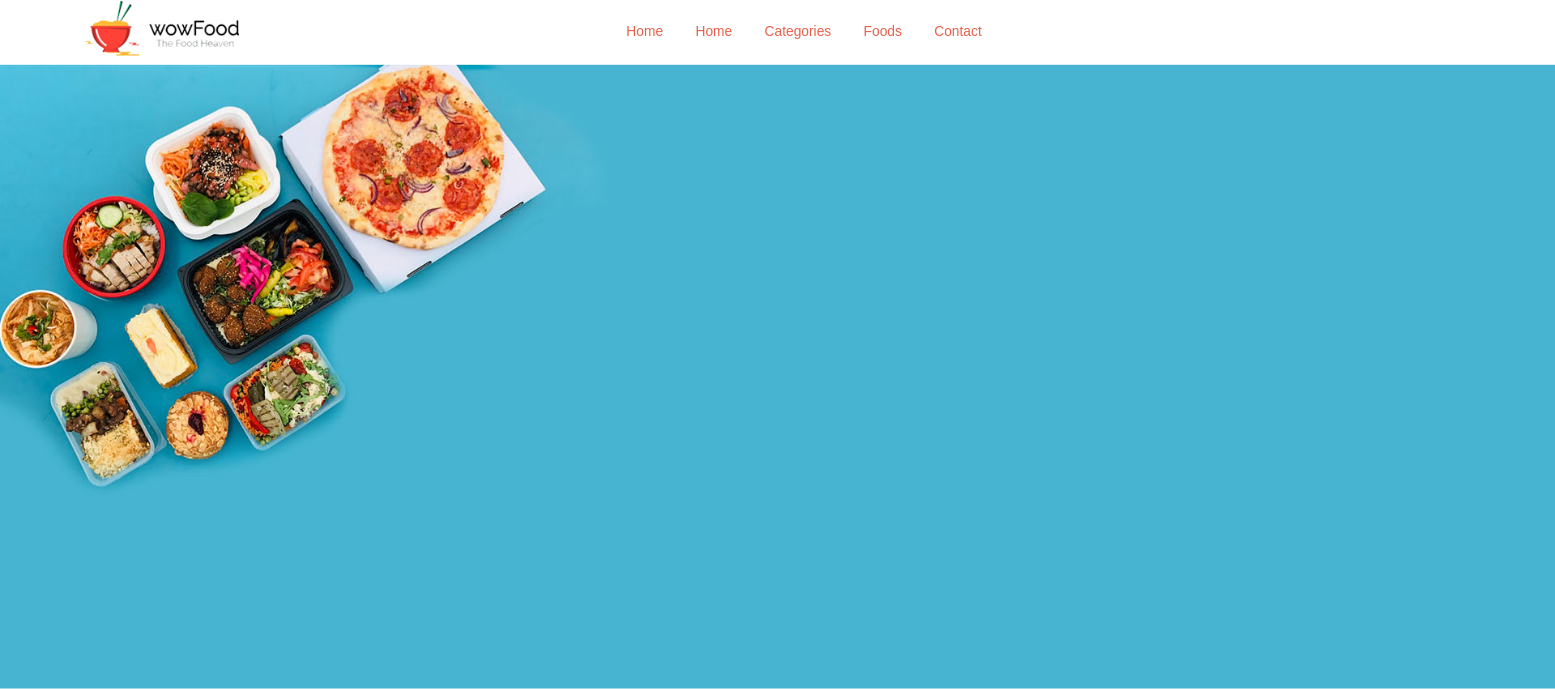
Repository: ruaruababa/WowFood
Page: order.html
The author's editor kept a copy of each file at every save. The page is drawn from the files as they stood at one save, then again after a run of saves.
The browser window is 1280 px wide. The page is 1920 px wide, so the pictures cover 1920 px, including what lies to the right of the window. The pictures show the whole page, at 81% of full size.

Above is the page before, as saved 2021-09-19 21:49:33.

### order.html
<!DOCTYPE html>
<html lang="en">

<head>
    <meta charset="UTF-8">
    <meta http-equiv="X-UA-Compatible" content="IE=edge">
    <meta name="viewport" content="width=device-width, initial-scale=1.0">
    <title>Order Food</title>
    <link rel="stylesheet" href="./style.css">
    <link rel="stylesheet" href="./reset.css">
</head>

<body>
    <nav>
        <input type="checkbox" id="check" />
        <label for="check" class="checkbtn">
            <i class="fas fa-bars"></i>
        </label>
        <label class="logo">
            <img src="./img/logo.png" alt="" class="img-logo" />
        </label>
        <ul class="navbar">
            <li><a class="active" href="#">Home</a></li>
            <li><a href="#">Home</a></li>
            <li><a href="#">Categories</a></li>
            <li><a href="#">Foods</a></li>
            <li><a href="#">Contact</a></li>
        </ul>
    </nav>
    <section id=section-order>
        <img src="./img/bg.jpg" alt="" class="bgr" style="position: absolute;">
        <div class="container-order">
            <form action="">
                <h3 class="title-order">Fill this form to confirm your order</h3>
                <label for="" class="seclect">Seclect Food</label>
                <div class="container-seclect-food">
                    <div class="img-food">
                        <img src="./img/menu-momo.jpg" alt="" class="bgr-item" />
                    </div>
                    <div class="content-food">
                        <h6 class="title-item">Food title</h6>
                        <span class="price-item">$2.5</span>
                        <label for="" class="quantity">Quantity</label>
                        <input type="number" min="1" max="100">
                    </div>
                </div>
                <div class="container-delivery-title">
                    <lable class="full-name">Full name</lable>
                    <input type="text" placeholder="E.g Nguyen Ngoc Giang">
                    <lable class="phone-number">Phone Number</lable>
                    <input type="text" placeholder="E.g Nguyen Ngoc Giang">
                    <lable class="email">Email</lable>
                    <input type="text" placeholder="E.g Nguyen Ngoc Giang">
                    <lable class="Address">Address</lable>
                    <textarea name="address" id="" cols="30" rows="10"></textarea>


                </div>
            </form>
        </div>
    </section>
</body>

</html>

### style.css

li {
  text-decoration: none;
}

a {
  text-decoration: none;
}

nav {
  height: 80px;
  width: 100%;
}

label.logo {
  padding: 0 100px;
}

nav ul {
  float: right;
  margin-right: 50px;
}

nav ul li {
  display: inline-block;
  line-height: 80px;
  margin: 0 5px;
  font-family: "Poppins", sans-serif;
}

nav ul li a {
  color: #e7614a;
  font-size: 17px;
  padding: 7px 13px;
  border-radius: 3px;
}

.checkbtn {
  font-size: 30px;
  color: white;
  float: right;
  line-height: 80px;
  margin-right: 40px;
  cursor: pointer;
  display: none;
}

#check {
  display: none;
}

ul:hover li {
  filter: blur(3px);
  opacity: 0.5;
  transform: scale(0.98);
  box-shadow: none;
}

ul:hover li:hover {
  transform: scale(1.1);
  filter: blur(0px);
  opacity: 1;
  box-shadow: 0 8px 20px 0px rgba(0, 0, 0, 0.125);
}

.container-section-search {
  position: relative;
  text-align: center;
  margin-top: 15px;
}

.background-search {
  height: 250px;
}

.background-search img {
  height: inherit;
  width: 100%;
  object-fit: cover;
}

.form {
  width: 100%;
  position: absolute;
  top: 50%;
  left: 50%;
  transform: translate(-50%, -50%);
  height: 22px;
}

.input-search {
  width: 35%;
  height: inherit;
}

.btn-search {
  background-color: rgba(250, 59, 59, 0.849);
  border: none;
  border-radius: 5px;
  font-size: 14px;
  color: white;
  cursor: pointer;
  padding: 3px;
}

#section-collection {
  position: relative;
}

.container-section-collection {
  height: max-content;
}

.explore-food {
  padding-top: 70px;
  text-align: center;
  font-size: 24px;
  font-family: "Poppins", sans-serif;
}

.collection-food {
  width: 100%;
}

.list-food {
  margin-top: 50px;
  display: flex;
  justify-content: center;
  column-gap: 50px;
}

.list-food li {
  width: 330px;
  height: 400px;
  transition: 0.2s all;
}

.list-food li:hover {
  transform: scale(0.95);
}

.list-food li img {
  width: 100%;
  height: 100%;
  object-fit: cover;
  border-radius: 10px;
}

.list-food li span {
  font-family: "Poppins", sans-serif;
  display: block;
  font-size: 20px;
  text-align: center;
  color: #ffffff;
  margin-top: -50px;
}

article {
  background-color: #ececec;
}

.title-food-menu {
  padding-top: 70px;
  font-size: 24px;
  text-align: center;
  font-family: "Poppins", sans-serif;
}

.container-menu {
  padding-top: 50px;
  display: grid;
  grid-gap: 20px;
  grid-template-columns: repeat(auto-fit, minmax(550px, 1fr));
  grid-auto-rows: 180px;
  justify-items: center;
  font-family: "Poppins", sans-serif;
}

.container-item:nth-child(odd) {
  justify-self: end;
}

.container-item:nth-child(even) {
  justify-self: start;
}

.container-item {
  background-color: #ffffff;
  display: flex;
  align-items: center;
  border-radius: 15px;
}

.container-item img {
  width: 25%;
  height: 70%;
  object-fit: cover;
  border-radius: 15px;
  margin: 0 28px;
}

.container-item .item-content {
  width: 100%;
  height: 70%;
  object-fit: cover;
  border-radius: 15px;
  margin: 0 28px;
}

.item-content {
  display: inline-block;
}

.title-item {
  font-size: 16px;
  font-weight: bold;
  line-height: 25px;
}

.price-item {
  line-height: 25px;
  font-weight: bold;
}

.des-item {
  font-size: 14px;
  line-height: 20px;
  color: #747d9c;
}

.oder-item {
  text-decoration: none;
  background-color: #f56b81;
  color: white;
  border-radius: 5px;
  padding: 3px;
  display: inline-block;
}

.footer-food-menu {
  margin-top: 30px;
}

.see-all-foods {
  display: block;
  text-align: center;
  text-decoration: none;
  color: #f56b81;
  padding-bottom: 50px;
  font-family: "Poppins", sans-serif;
  transition: 0.2s all;
}

.see-all-foods:hover {
  text-decoration: underline;
  transform: scale(1.1);
}

.social-network-icon {
  display: flex;
  justify-content: center;
  margin-top: 30px;
}

.icon-insta {
  margin: 0 30px;
}

.license {
  margin-top: 40px;
  margin-bottom: 30px;
  font-family: "Poppins", sans-serif;
}

.license p {
  text-align: center;
}

.license p a {
  text-decoration: none;
  color: #e7614a;
}

@media (max-width: 952px) {
  label.logo {
    padding-left: 50px;
  }

  nav ul li a {
    font-size: 16px;
  }

  .container-item:nth-child(odd) {
    justify-self: center;
  }

  .container-item:nth-child(even) {
    justify-self: center;
  }
}

@media (max-width: 858px) {
  i {
    color: black;
  }

  .checkbtn {
    display: block;
  }

  .navbar {
    position: fixed;
    width: 100%;
    height: 250px;
    left: -100%;
    text-align: center;
    transition: all 0.5s;
    z-index: 2;
    background-color: #ffffff;
  }

  nav ul li {
    display: block;
    margin: 10px 0;
    line-height: 30px;
  }

  nav ul li a {
    font-size: 20px;
  }

  #check:checked ~ ul {
    left: 0;
  }

  .container-section-collection {
    height: max-content;
  }
}

section {
  position: relative;
}
@media (max-width: 858px) {
   .container-menu {
    padding-top: 50px;
    display: grid;
    grid-gap: 20px;
    grid-template-columns: repeat(auto-fit, minmax(550px, 1fr));
    grid-auto-rows: 180px;
    justify-items: center;
    font-family: "Poppins", sans-serif;
  }
}

@media (max-width: 414px) {
  label img {
    margin-left: -50px;
  }
  i.fa-bars {
    margin-right: -20px;
  }
  .navbar {
    position: fixed;
    width: 414px;
    height: 250px;
    left: -100%;
    text-align: center;
    transition: all 0.5s;
    z-index: 2;
    background-color: #ffffff;
  }

  nav ul li {
    display: block;
    margin: 10px 0;
    line-height: 30px;
  }

  nav ul li a {
    font-size: 20px;
  }

  #check:checked ~ ul {
    left: 0;
  }
  .list-food {
    display: flex;
    flex-direction: column;
    gap: 15px;
  }

  .item {
    align-self: center;
  }

  .container-menu {
    padding-top: 50px;
    display: grid;
    grid-gap: 20px;
    grid-template-columns: repeat(auto-fit, minmax(375px, 1fr));
    grid-auto-rows: 180px;
    justify-items: center;
    font-family: "Poppins", sans-serif;
  }
}

@media (max-width: 375px) {
  label img {
    margin-left: -50px;
  }
  i.fa-bars {
    margin-right: -20px;
  }
  .navbar {
    position: fixed;
    width: 375px;
    height: 250px;
    left: -100%;
    text-align: center;
    transition: all 0.5s;
    z-index: 2;
    background-color: #ffffff;
  }

  nav ul li {
    display: block;
    margin: 10px 0;
    line-height: 30px;
  }

  nav ul li a {
    font-size: 20px;
  }

  #check:checked ~ ul {
    left: 0;
  }

  .list-food {
    display: flex;
    flex-direction: column;
    gap: 15px;
  }

  .item {
    align-self: center;
  }

  .container-menu {
    padding-top: 50px;
    display: grid;
    grid-gap: 20px;
    grid-template-columns: repeat(auto-fit, minmax(375px, 1fr));
    grid-auto-rows: 180px;
    justify-items: center;
    font-family: "Poppins", sans-serif;
  }
  @media (max-width: 320px) {
  label img {
    margin-top: -70px;
    margin-left: -50px;
    padding-bottom: 10px;
  }
  i.fa-bars {
    margin-right: -20px;
    padding-top: 20px;
  }
  .navbar {
    position: fixed;
    width: 320px;
    height: 250px;
    left: -100%;
    text-align: center;
    transition: all 0.5s;
    z-index: 2;
    background-color: #ffffff;
    margin-top: -5px;
  }

  nav ul li {
    display: block;
    margin: 10px 0;
    line-height: 30px;
  }

  nav ul li a {
    font-size: 20px;
  }

  #check:checked ~ ul {
    left: 0;
  }

  .list-food {
    display: flex;
    flex-direction: column;
    gap: 15px;
  }

  .item {
    align-self: center;
  }

  .container-menu {
    padding-top: 50px;
    display: grid;
    grid-gap: 20px;
    grid-template-columns: repeat(auto-fit, minmax(319px, 1fr));
    grid-auto-rows: 180px;
    justify-items: center;
    font-family: "Poppins", sans-serif;
  }
}

/* article{
  position: relative;
  top: 200px;
} */

Loaded but not shown: reset.css (common file)

After the next 2 saves:
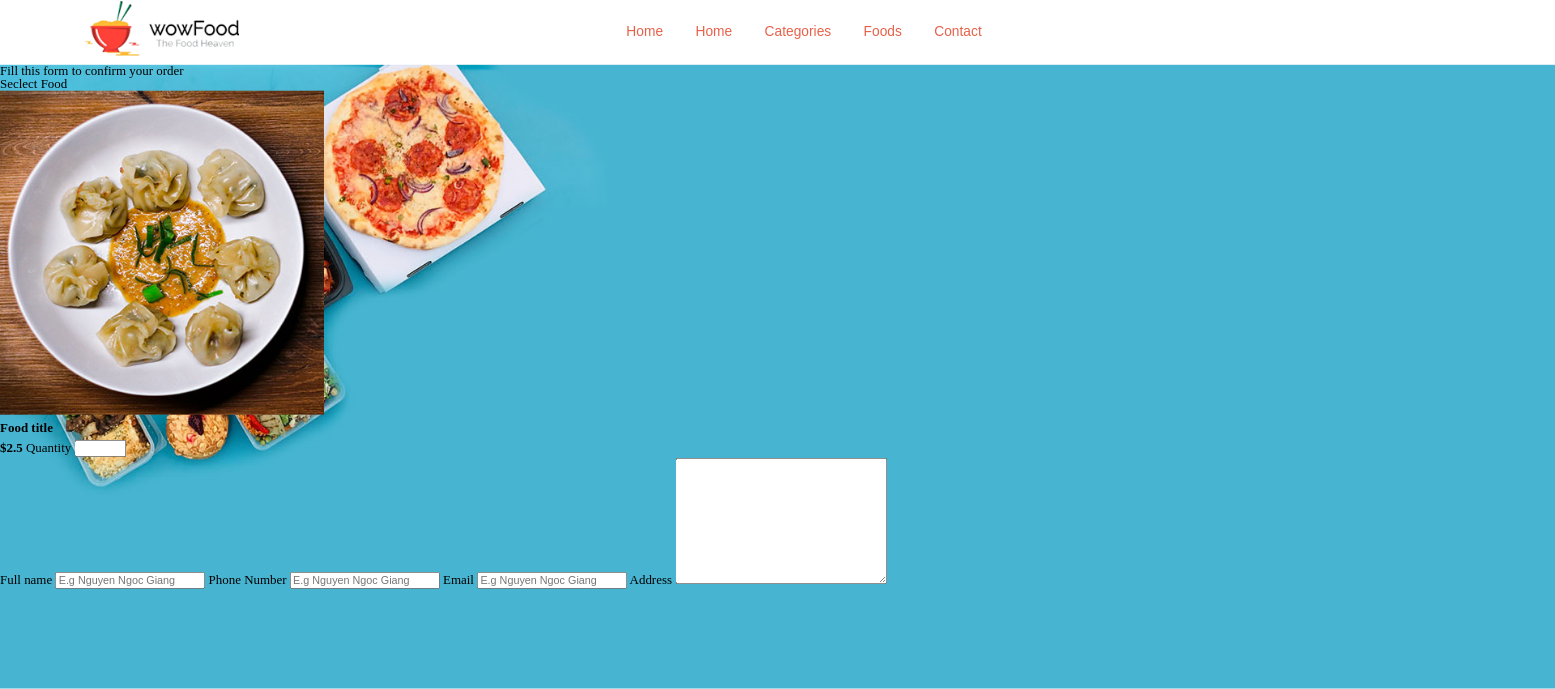
The 2 saves are shown as one change because they came seconds apart.
The last was saved 12 s later.
--- a/order.html
+++ b/order.html
@@ -28,7 +28,7 @@
         </ul>
     </nav>
     <section id=section-order>
-        <img src="./img/bg.jpg" alt="" class="bgr" style="position: absolute;">
+        <img src="./img/bg.jpg" alt="" class="bgr" style="position: absolute; z-index: -1;">
         <div class="container-order">
             <form action="">
                 <h3 class="title-order">Fill this form to confirm your order</h3>
